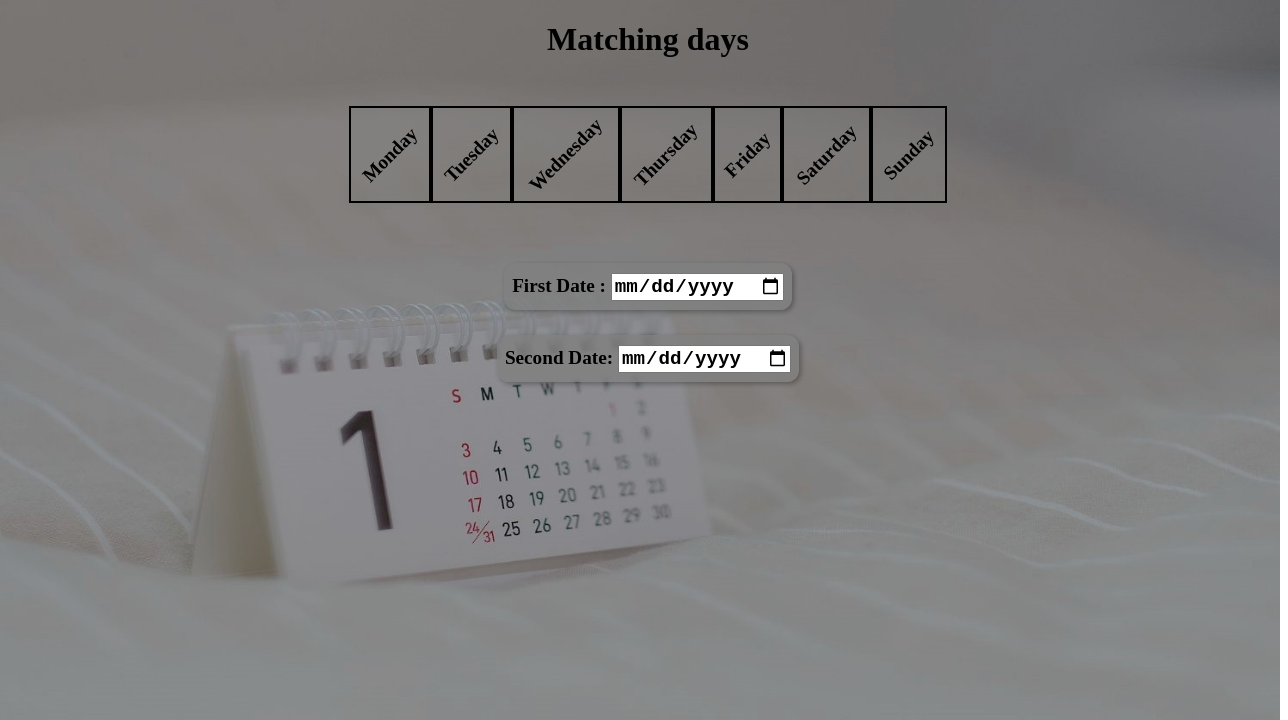
Repository: lasity34/matching-days
Page: index.html
An editor plug-in stored every save of this project. The page is shown before and after the next save, followed by the edit.
The browser window is 1280 px wide. The page is 1288 px wide, so the pictures cover 1288 px, including what lies to the right of the window. The pictures show the whole page.
Some web fonts or font styles are not loaded; a fallback is used. Some web libraries are served in a nearby version.

Above is the page before, as saved 2023-05-10 12:34:45.

After the next save:
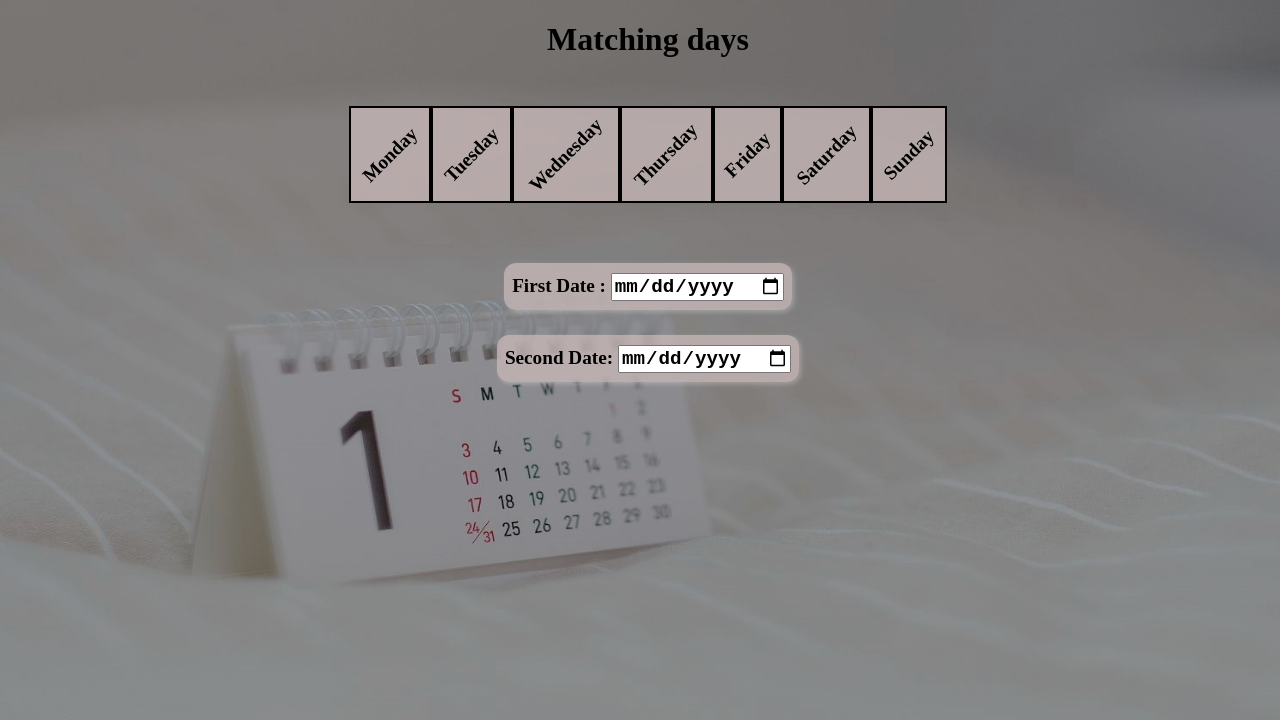
Saved 71 s later.
--- a/style.css
+++ b/style.css
@@ -24,7 +24,7 @@ h1 {
 .day_box {
     border: 2px solid black;
     padding: 1em 0.3em;
-    background-color: rgba(128, 128, 128, 0.3);
+    background-color: rgba(197, 182, 182, 0.8);
 }
 
 .day_text {
@@ -50,8 +50,8 @@ input {
 }
 
 .input_box {
-    background-color: rgba(128, 128, 128, 0.8);
-    box-shadow: 2px 2px 5px rgba(0, 0, 0, 0.3);
+    background-color: rgba(197, 182, 182, 0.8);
+    box-shadow: 2px 2px 5px rgba(245, 243, 243, 0.3);
     border-radius: 12px;
     padding: 0.5em 0.4em;
 }
